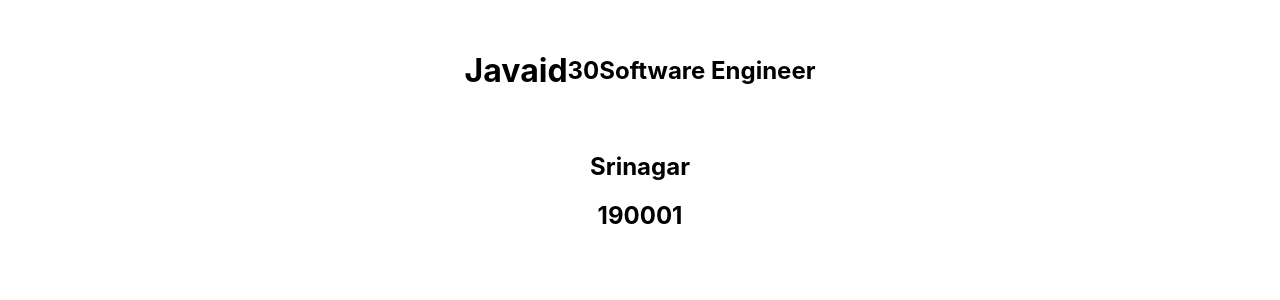
Repository: JavaidAhmadKhan/framer-motion-reacr
Page: /
These files come from the project's save history. The page is drawn as it stood at one moment and after the next save; the edit follows.
The browser window is 1280 px wide. The pictures show the whole page.
The project was rebuilt for these pictures with package versions that can differ from the ones it lists, and the page was loaded fresh each time.

Above is the page before, as saved 2022-05-19 17:20:58.

### src/App.js
import { Component } from "react";

import "./App.css";
class App extends Component {
  constructor() {
    console.log("constructor");
    super();
    console.log("super");
    this.state = {
      name: "Javaid",
      age: 30,
      profession: "Software Engineer",
      address: {
        city: "Srinagar",
        pincode: "190001",
      },
    };
  }

  render() {
    console.log("render");
    return (
      <div className="App">
        <div
          style={{
            display: "flex",
            alignItems: "center",
            justifyContent: "center",
            margin: "10px",
            padding: "20px",
          }}
        >
          <h1>{this.state.name}</h1>
          <h2>{this.state.age}</h2>
          <h2>{this.state.profession}</h2>
        </div>
        <h2>{this.state.address.city}</h2>
        <h2>{this.state.address.pincode}</h2>
      </div>
    );
  }
}

export default App;

Loaded but not shown: public/index.html (common file); src/index.js (common file); src/index.css (common file); src/reportWebVitals.js (common file); src/App.css (common file)

After the next save:
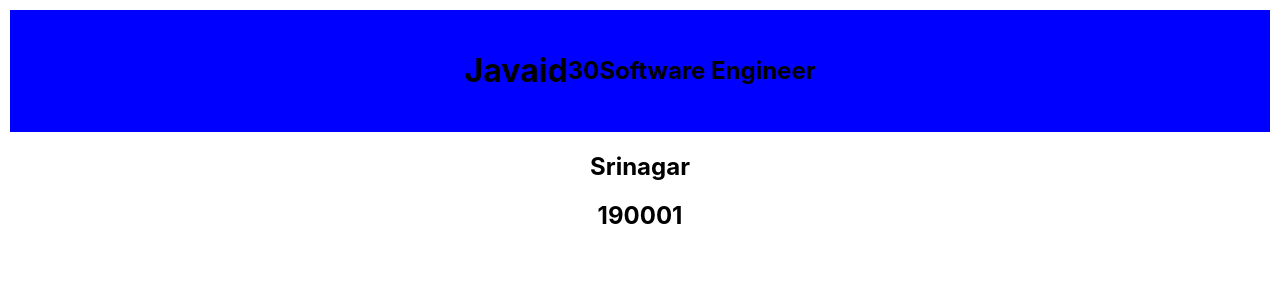
Saved 24 s later.
--- a/src/App.js
+++ b/src/App.js
@@ -28,6 +28,7 @@ class App extends Component {
             justifyContent: "center",
             margin: "10px",
             padding: "20px",
+            backgroundColor:"blue",
           }}
         >
           <h1>{this.state.name}</h1>
